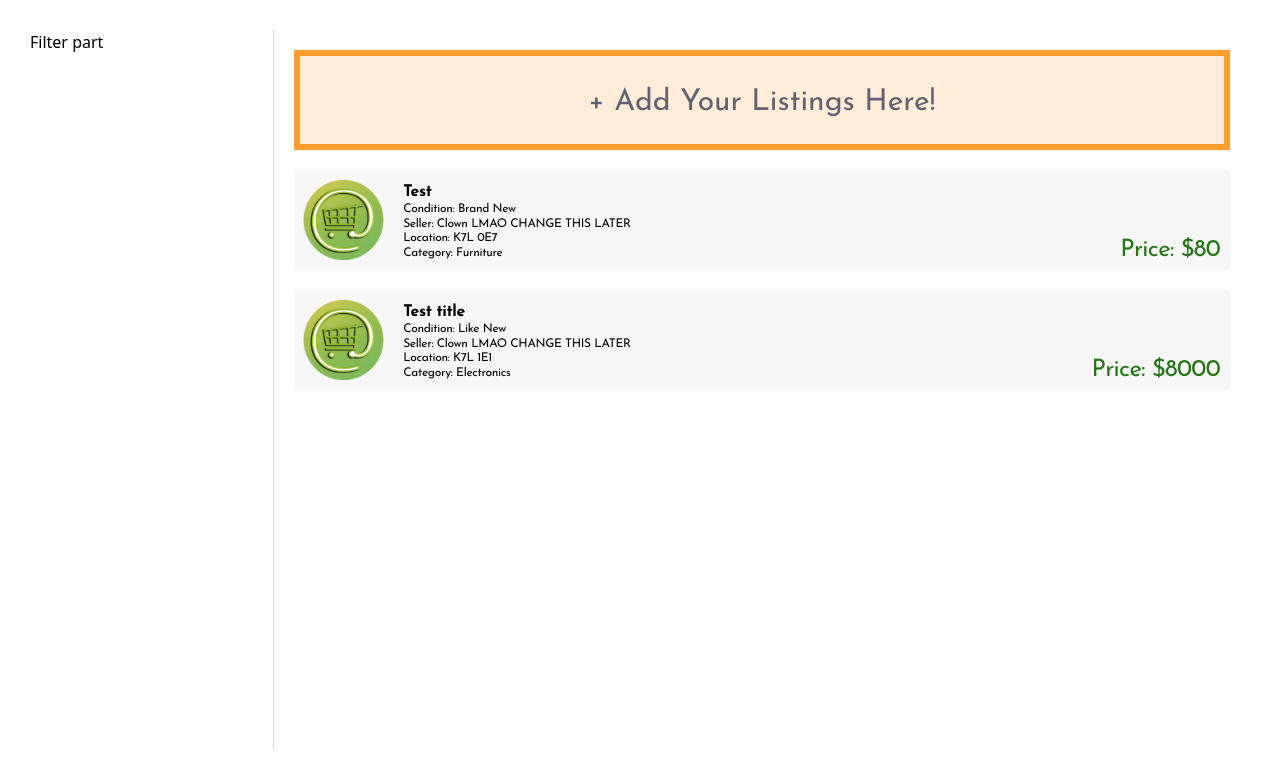
Repository: AdwaitSri/Kingston-Marketplace
Page: /listings (app in qhacks-24/)
These files come from the project's save history. The page is drawn as it stood at one moment and after the next save; the edit follows.
The browser window is 1280 px wide. The pictures show the whole page.
The project was rebuilt for these pictures with package versions that can differ from the ones it lists, and the page was loaded fresh each time. Also part of the build but not shown: qhacks-24/src/components/HomeNavbar.js, qhacks-24/src/pages/Home.js, qhacks-24/src/pages/Signup.js, qhacks-24/src/components/CreationNavbar.js, qhacks-24/src/pages/Creation.js, qhacks-24/src/pages/Item.js.

Above is the page before, as saved 2024-02-03 15:56:41.

### qhacks-24/public/index.html
<!DOCTYPE html>
<html lang="en">
  <head>
    <meta charset="utf-8" />
    <link rel="preconnect" href="https://fonts.googleapis.com">
    <link rel="preconnect" href="https://fonts.gstatic.com" crossorigin>
    <link href="https://fonts.googleapis.com/css2?family=Josefin+Sans:ital,wght@0,100;0,200;0,300;0,400;0,500;0,600;0,700;1,100;1,200;1,300;1,400;1,500;1,600;1,700&display=swap" rel="stylesheet">
    <link rel="icon" href="%PUBLIC_URL%/favicon.ico" />
    <meta name="viewport" content="width=device-width, initial-scale=1" />
    <meta name="theme-color" content="#000000" />
    <meta
      name="description"
      content="Web site created using create-react-app"
    />
    <link rel="apple-touch-icon" href="%PUBLIC_URL%/logo192.png" />
    <!--
      manifest.json provides metadata used when your web app is installed on a
      user's mobile device or desktop. See https://developers.google.com/web/fundamentals/web-app-manifest/
    -->
    <link rel="manifest" href="%PUBLIC_URL%/manifest.json" />
    <!--
      Notice the use of %PUBLIC_URL% in the tags above.
      It will be replaced with the URL of the `public` folder during the build.
      Only files inside the `public` folder can be referenced from the HTML.

      Unlike "/favicon.ico" or "favicon.ico", "%PUBLIC_URL%/favicon.ico" will
      work correctly both with client-side routing and a non-root public URL.
      Learn how to configure a non-root public URL by running `npm run build`.
    -->
    <title>React App</title>
  </head>
  <body>
    <noscript>You need to enable JavaScript to run this app.</noscript>
    <div id="root"></div>
    <!--
      This HTML file is a template.
      If you open it directly in the browser, you will see an empty page.

      You can add webfonts, meta tags, or analytics to this file.
      The build step will place the bundled scripts into the <body> tag.

      To begin the development, run `npm start` or `yarn start`.
      To create a production bundle, use `npm run build` or `yarn build`.
    -->
  </body>
</html>

### qhacks-24/src/pages/Listings.js
import React from "react";
import { Link } from "react-router-dom";

export default function Listings() {
    const exampleData = [
        {
            condition: ["checked", "", "", ""],
            description: "Test 2",
            postalcode: "K7L 0E7",
            price: "80",
            title: "Test",
            category: ["", "", "checked", "", ""]
        },
        {
            condition: ["", "checked", "", ""],
            description: "zazas",
            postalcode: "K7L 1E1",
            price: "8000",
            title: "Test title",
            category: ["", "", "", "checked", ""]
        },
    ];

    const sellerName = "Clown LMAO CHANGE THIS LATER";

    function getCondition(info) {
        let name = "";
        let index = -1;
        for (let i = 0; i < info.length; i++) {
            if (info[i] !== '') {
                index = i;
                break;
            }
        }
        const conditions = ["Brand New", "Like New", "Lightly Used", "Used"];
        if (index >= 0) {
            name = conditions[index];
        }
        return name;
    }

    function getCategory(info) {
        let name = "";
        let index = -1;
        for (let i = 0; i < info.length; i++) {
            if (info[i] !== '') {
                index = i;
                break;
            }
        }
        const categories = ["Entertainment", "Kitchenware", "Furniture", "Electronics", "Other"];
        if (index >= 0) {
            name = categories[index];
        }
        return name;
    }

    const listingCards = exampleData.map((data) => {
        return (
            <div className="flex justify-between m-[20px]">
                <Link
                    to="/item"
                    className="w-full h-[100px]"
                    info={data}
                >
                    <div
                        className="w-full h-[100px] bg-[#f7f7f7] flex items-center"
                    >
                        <img src="/images/logo.png" alt="placeholder" className="h-[80%]"/>
                        <div className='h-full w-full p-[10px] relative'>
                            <p className="font-jose font-bold tracking-tight h-[25%]">{data.title}</p>
                            <p className="font-jose text-[12px] tracking-tight">Condition: {getCondition(data.condition)}</p>
                            <p className="font-jose text-[12px] relative top-[-3px] tracking-tight">Seller: {sellerName}</p>
                            <p className="font-jose text-[12px] relative top-[-7px] tracking-tight">Location: {data.postalcode}</p>
                            <p className="font-jose text-[12px] relative top-[-10px] tracking-tight">Category: {getCategory(data.category) ? getCategory(data.category) : "???"}</p>
                            <p className="font-jose text-[24px] relative top-[-40px] text-[#237515] float-right tracking-tight">Price: ${data.price}</p>
                        </div>
                    </div>
                </Link>
            </div>
        )
    });

    return (
        <div
            className="flex h-[100dvh] m-[30px]"
        >
            <div
                className=" w-1/5 border-r-[1px] border-[#aaaaaa70]"
            >
                Filter part
            </div>

            <div
                className="w-4/5"
            >
                <div className="flex justify-between m-[20px]">
                    <div
                        className="w-full h-[100px] bg-[#f7f7f7] flex items-center"
                    >
                        <Link
                            to="/creation"
                            className="border-[6px] border-[#ff9d2b] w-full h-full text-3xl font-normal text-[#616272] bg-[#ffedd8]"
                        >
                            <button
                                className="font-jose relative top-[3px] text-center w-full h-full text-3xl"
                            >
                                + Add Your Listings Here!
                        </button>
                        </Link>
                    </div>
                </div>
                {listingCards}
            </div>
        </div>
    )

}

Loaded but not shown: qhacks-24/src/index.css (common file); qhacks-24/src/App.css (common file); qhacks-24/src/App.js (24 lines, source omitted); qhacks-24/src/index.js (19 lines, source omitted); qhacks-24/tailwind.config.js (18 lines, source omitted); qhacks-24/src/output.css (1762 lines, source omitted)

After the next save:
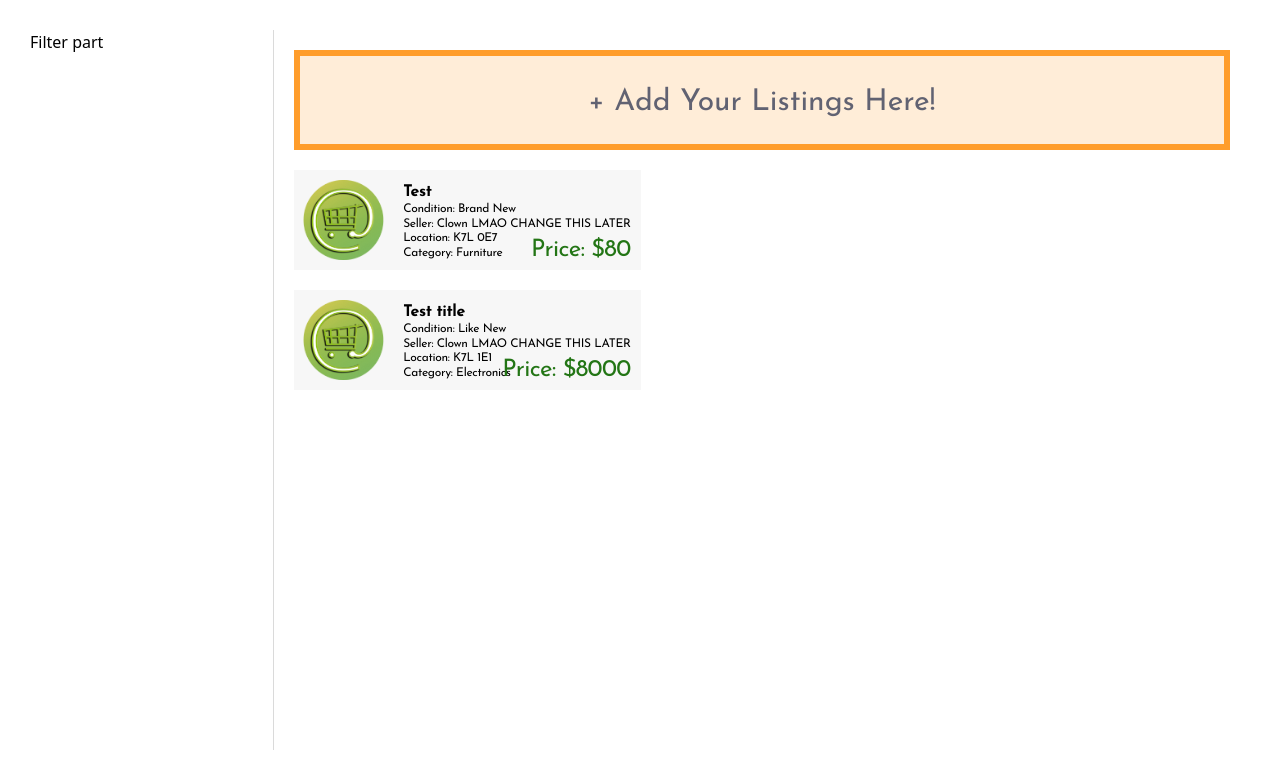
Saved 12 min 27 s later.
--- a/qhacks-24/src/pages/Listings.js
+++ b/qhacks-24/src/pages/Listings.js
@@ -59,9 +59,10 @@
         return (
             <div className="flex justify-between m-[20px]">
                 <Link
-                    to="/item"
-                    className="w-full h-[100px]"
-                    info={data}
+                    to={{
+                        pathname: '/item',
+                        state: { message: 'hello from listings!' }
+                    }}
                 >
                     <div
                         className="w-full h-[100px] bg-[#f7f7f7] flex items-center"
